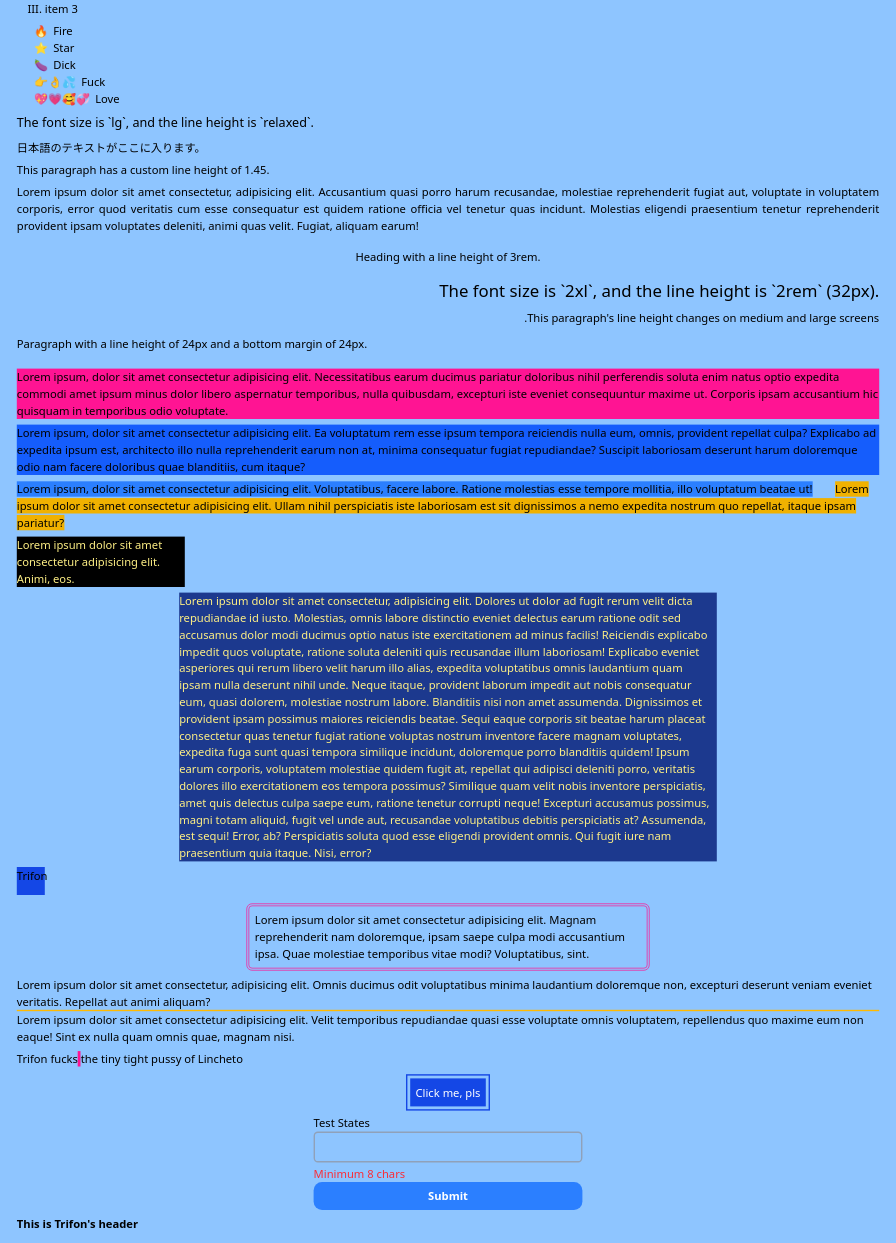
Repository: DinTri/TailwindCss
Page: index.html
These files come from the project's save history. The page is drawn as it stood at one moment and after the next save; the edit follows.
The browser window is 1280 px wide. The pictures show the part of the page from y = 922 to 2842 px (the page is 2698 px tall before and 2842 px after), at 70% of full size.
Some web fonts or font styles are not loaded; a fallback is used.

Above is the page before, as saved 2025-06-11 23:06:41.

After the next save:
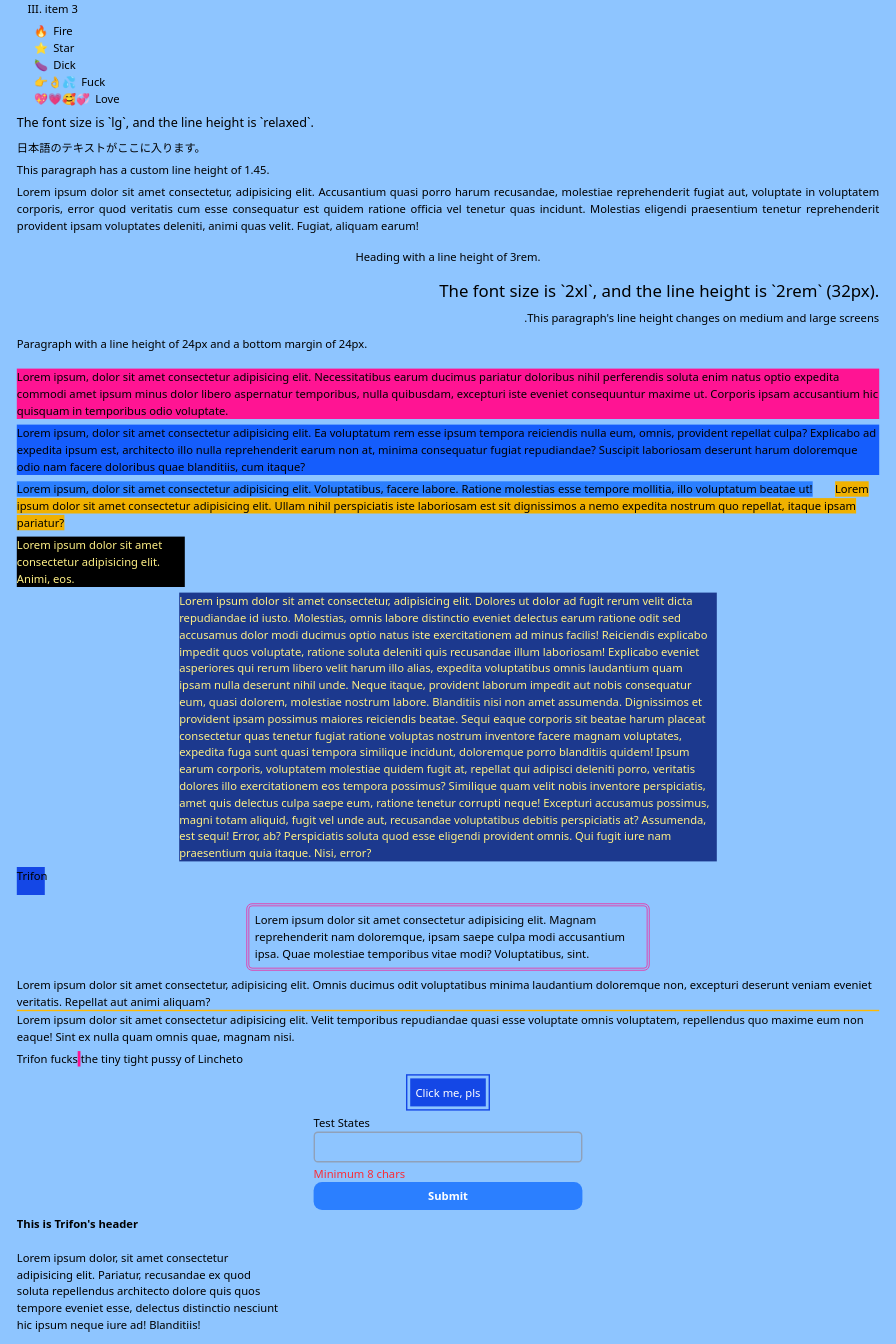
Saved 66 s later.
--- a/index.html
+++ b/index.html
@@ -120,8 +120,9 @@
   <button type="submit" class="w-full bg-blue-500 text-white px-3 py-2 cursor-pointer rounded-xl font-semibold">Submit</button>
   </div>
 </form>
-<div class="space-y-6">
+<div class="space-y-6 max-w-sm">
   <h3 class="font-semibold">This is Trifon's header</h3>
+  <p>Lorem ipsum dolor, sit amet consectetur adipisicing elit. Pariatur, recusandae ex quod soluta repellendus architecto dolore quis quos tempore eveniet esse, delectus distinctio nesciunt hic ipsum neque iure ad! Blanditiis!</p>
 </div>
   </div>
   </body>
